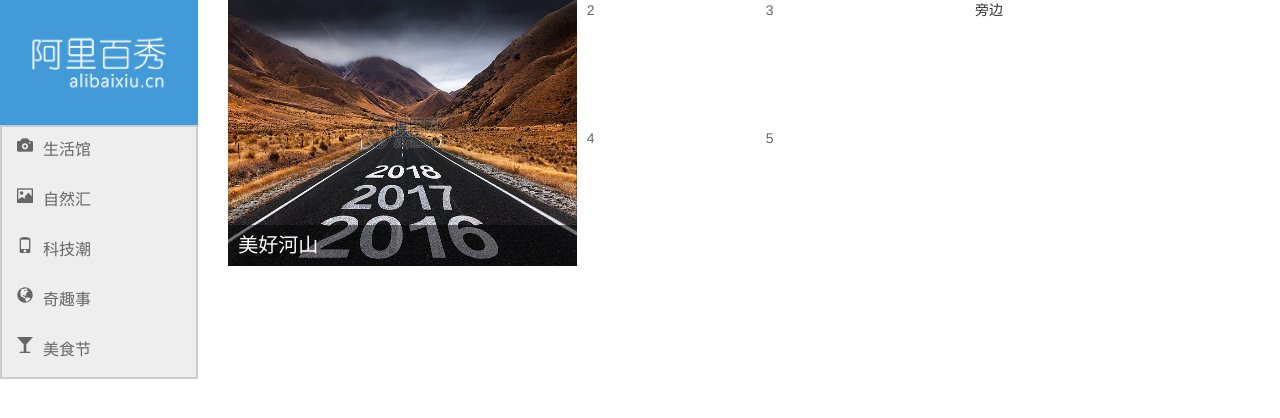
Repository: zhangwen001208/bootstrap-demo
Page: index.html
An editor plug-in stored every save of this project. The page is shown before and after the next save, followed by the edit.
The browser window is 1280 px wide. The pictures show the whole page.

Above is the page before, as saved 2022-09-08 11:05:43.

### index.html
<!DOCTYPE html>
<html lang="en">
<head>
    <meta charset="UTF-8">
    <meta http-equiv="X-UA-Compatible" content="IE=edge">
    <meta name="viewport" content="width=device-width, initial-scale=1.0">
    <link rel="stylesheet" href="./bootstrap/css/bootstrap.min.css">
    <link rel="stylesheet" href="./css/index.css">

    <title>Document</title>
</head>
<body>
    <div class="container">
        <div class="row">
            <header class="col-md-2">
                <div class="logo">
                    <img src="./images/logo.png" alt="">
                </div>
                <div class="nav">
                    <ul class="nav flex-column">
                        <li class="nav-item">
                          <a class="nav-link active glyphicon glyphicon-camera" href="#">生活馆</a>
                        </li>
                        <li class="nav-item">
                          <a class="nav-link glyphicon glyphicon-picture" href="#">自然汇</a>
                        </li>
                        <li class="nav-item">
                          <a class="nav-link glyphicon glyphicon-phone" href="#">科技潮</a>
                        </li>
                        <li class="nav-item">
                          <a class="nav-link glyphicon glyphicon-globe ">奇趣事</a>
                        </li>
                        <li class="nav-item">
                            <a class="nav-link glyphicon glyphicon-glass">美食节</a>
                          </li>
                      </ul>
                </div>

            </header>
            <article class="col-md-7">
              <ul class="item">
                <li>
                    <a href="">
                    <img src="./images/news-1.jpg" alt="">
                    <p>美好河山</p>
                    </a>
            </li>
                <li><a href="">2</a></li>
                <li><a href="">3</a></li>
                <li><a href="">4</a></li>
                <li><a href="">5</a></li>
              </ul>

            </article>
            <aside class="col-md-3">
                旁边

            </aside>



        </div>
    </div>

</body>
</html>

### css/index.css

 @media screen and (min-width: 1280px) {
    .container {
        width: 1280px
    }

 }
 ul{
    padding: 0;
    margin: 0;
 }
 ul>li {
    list-style: none;
    text-decoration: none;

 }
 a {
    color: #666;
 }
 a:hover {
    text-decoration: none;
 }
 p{
    margin-bottom: 0;
 }






 header {
    padding-left: 0 !important;

 }
 .logo {
    background-color: #429ad9;


 }
 .logo img {
    width: 100%;

 }
 .nav {
    border: 1px solid #ccc ;
    background-color: #eee;
 }

 .nav-item a {
    display: block;
    font-size: 16px;
    height: 50px;
 }
.nav-item a::before {
    vertical-align: middle;
    padding-right: 10px;
}
.nav-item:hover {
    background-color: #fff !important;
}

article {
    padding: 0;
}

.item li {

    float: left;
    width: 25%;
    height: 128px;

}
.item li a {
    position: relative;
    display: block;
    width: 100%;
    height: 100%;
}


.item li:nth-child(1) {
    width: 50%;
    height: 266px;
    padding-right: 10px;


}
.item li>a img {
    width: 100%;
    height: 100%;

}
.item li>a p {
    position: absolute;
    display: block;
    height: 41px;
    line-height: 41px;
    width: 100%;
    bottom: 0;
    left: 0;
    background: rgba(0, 0, 0, 0.5);
    font-size: 20px;
    padding: 0 10px;
    color: #fff;
}

Loaded but not shown: bootstrap/css/bootstrap.min.css (library)

After the next save:
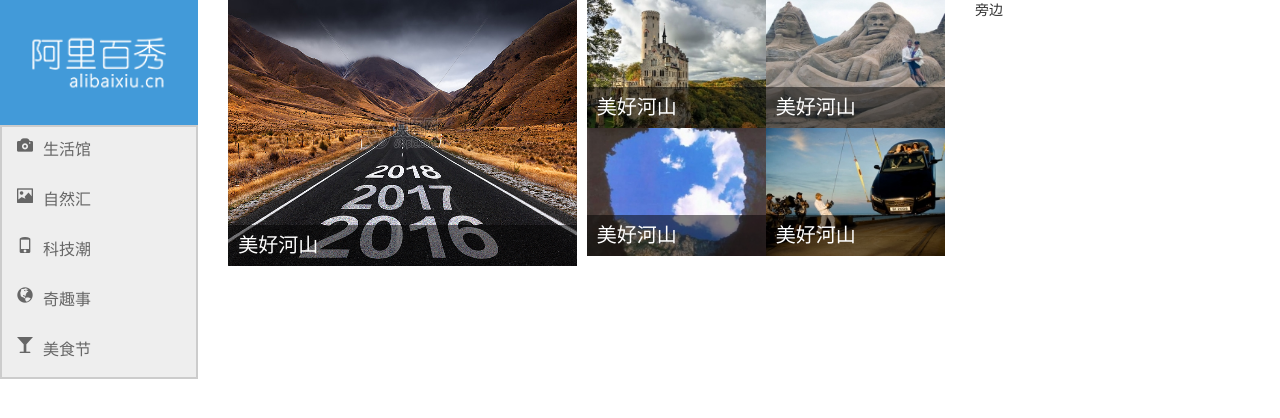
Saved 49 s later.
--- a/index.html
+++ b/index.html
@@ -45,10 +45,22 @@
                     <p>美好河山</p>
                     </a>
             </li>
-                <li><a href="">2</a></li>
-                <li><a href="">3</a></li>
-                <li><a href="">4</a></li>
-                <li><a href="">5</a></li>
+                <li><a href="">
+                    <img src="./images/news-2.jpg" alt="">
+                    <p>美好河山</p>
+                </a></li>
+                <li><a href="">
+                    <img src="./images/news-3.jpg" alt="">
+                    <p>美好河山</p>
+                </a></li>
+                <li><a href="">
+                    <img src="./images/news-4.jpg" alt="">
+                    <p>美好河山</p>
+                </a></li>
+                <li><a href="">
+                    <img src="./images/news-5.jpg" alt="">
+                    <p>美好河山</p>
+                </a></li>
               </ul>
 
             </article>
